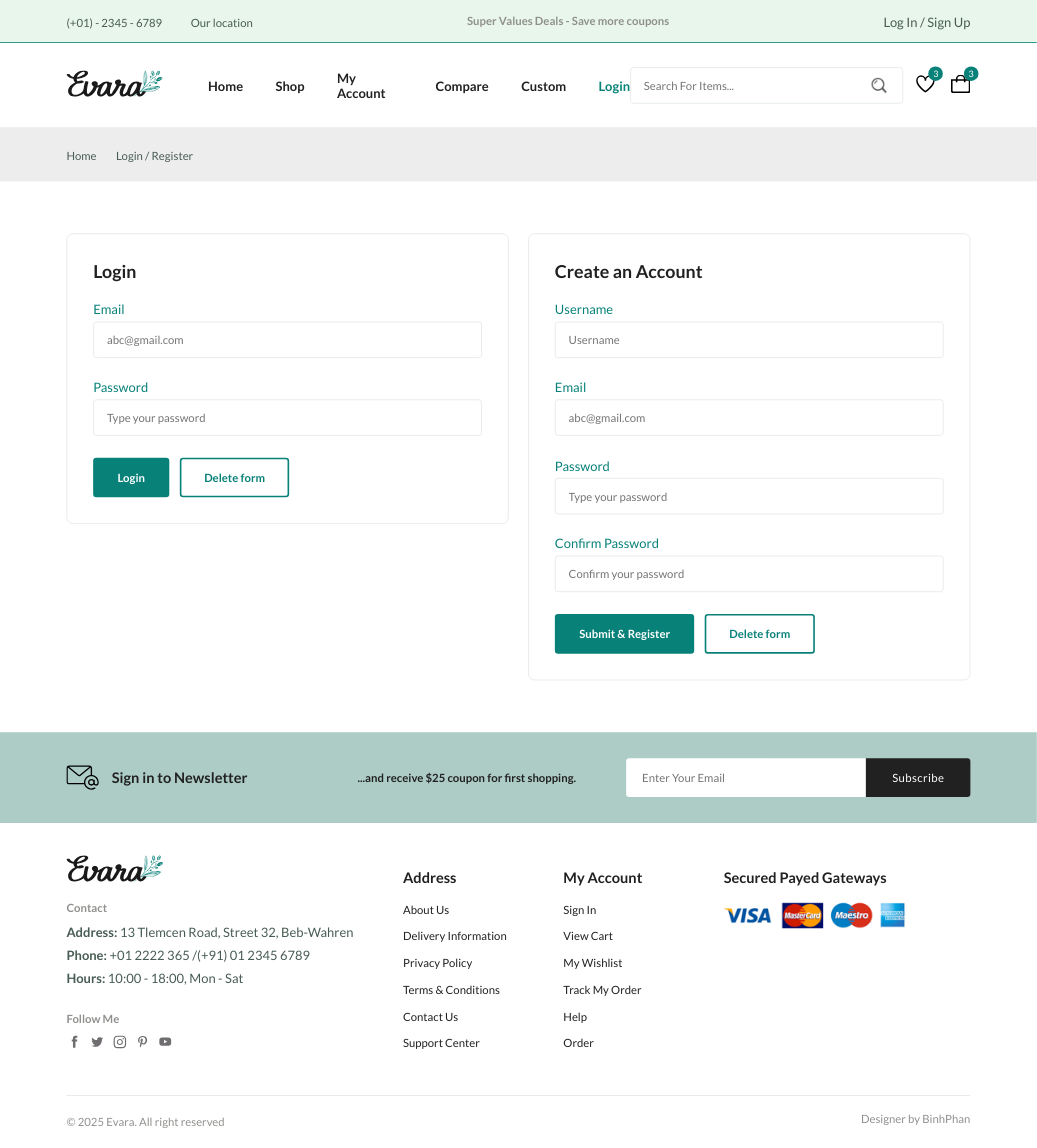
Repository: binhphanbp/evara-ecommerce
Page: login-register.html
An editor plug-in stored every save of this project. The page is shown before and after the next save, followed by the edit.
The browser window is 1280 px wide. The pictures show the whole page, at 81% of full size.

Above is the page before, as saved 2025-06-17 08:02:18.

After the next save:
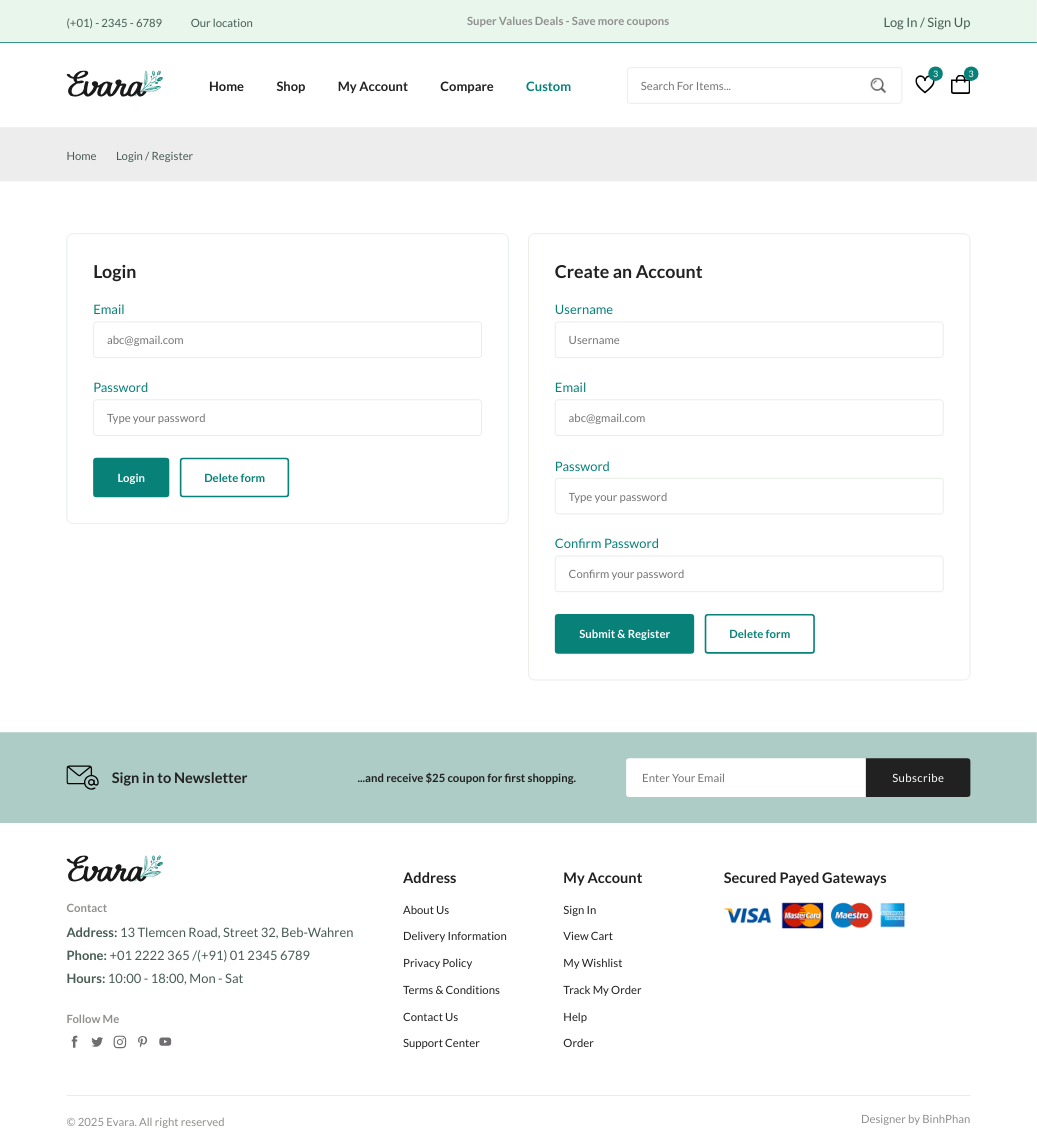
Saved 18 s later.
--- a/login-register.html
+++ b/login-register.html
@@ -62,11 +62,8 @@
               <a href="compare.html" class="nav__link">Compare</a>
             </li>
             <li class="nav__item">
-              <a href="custome-shop.html" class="nav__link">Custom</a>
-            </li>
-            <li class="nav__item">
-              <a href="login-register.html" class="nav__link active-link"
-                >Login</a
+              <a href="custome-shop.html" class="nav__link active-link"
+                >Custom</a
               >
             </li>
           </ul>
